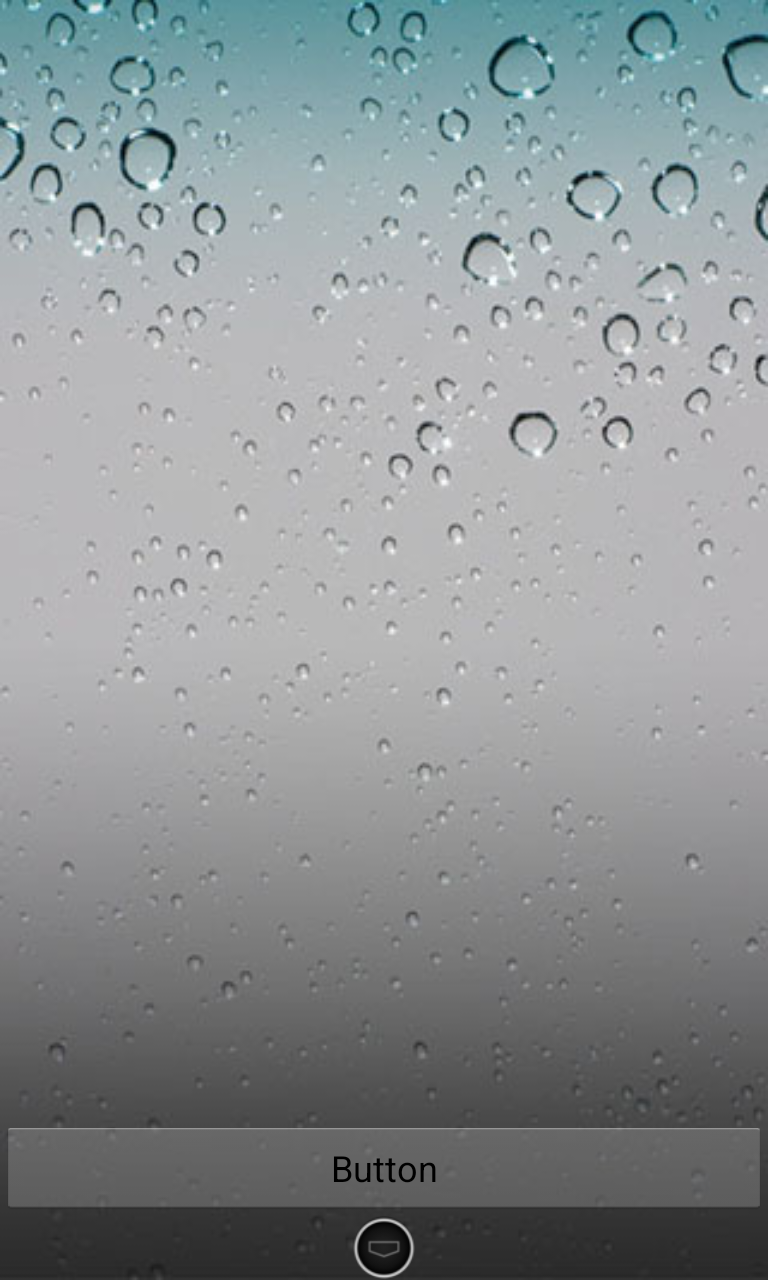
Repository: complexityclass/GosClient
Layout: Client/res/layout/activity_service.xml
These files come from the project's save history. The layout is drawn as it stood at one moment and after the next save; the edit follows.
It is drawn on a 768 x 1280 px phone screen (xhdpi) without system bars, with theme AppTheme; the app's code is not run. Lists and similar views that code fills are empty.

Above is the layout before, as saved 2013-04-23 11:46:18.

### Client/res/layout/activity_service.xml
<?xml version="1.0" encoding="utf-8"?>
<LinearLayout xmlns:android="http://schemas.android.com/apk/res/android"
    android:layout_width="fill_parent"
    android:layout_height="fill_parent"
    android:orientation="vertical" >

    <SlidingDrawer
        android:id="@+id/drawer"
        android:layout_width="fill_parent"
        android:layout_height="fill_parent"
        android:background="@drawable/kapli"
        android:content="@+id/content"
        android:handle="@+id/handle"
        android:rotation="0" >

        <LinearLayout
            android:id="@id/content"
            android:layout_width="fill_parent"
            android:layout_height="fill_parent"
            android:orientation="vertical"
            android:rotation="0" >

            <ExpandableListView
                android:id="@+id/exListView"
                android:layout_width="fill_parent"
                android:layout_height="wrap_content"
                android:background="@drawable/back"
                android:indicatorLeft="250dp"
                android:indicatorRight="300dp" />
        </LinearLayout>

        <LinearLayout
            android:id="@id/handle"
            android:layout_width="match_parent"
            android:layout_height="wrap_content"
            android:orientation="vertical"
            android:rotation="0" >

            <Button
                android:id="@+id/button1"
                android:layout_width="match_parent"
                android:layout_height="wrap_content"
                android:text="Button" />

            <ImageView
                android:id="@+id/imageView23"
                android:layout_width="match_parent"
                android:layout_height="fill_parent"
                android:contentDescription="@string/Habarovsk"
                android:src="@drawable/upbutton" />

        </LinearLayout>
    </SlidingDrawer>

</LinearLayout>

### Client/res/values/strings.xml
<?xml version="1.0" encoding="utf-8"?>
<resources>

    <string name="app_name">Client</string>
    <string name="hello_world">Hello world!</string>
    <string name="menu_settings">Settings</string>
    <string name="title_activity_main">MainActivity</string>
    <string name="title_activity_about_us">About us</string>
    <string name="title_activity_news">News</string>
    <string name="title_activity_citizen_reg">Citizens</string>
    <string name="title_activity_agencies">Agencies</string>
    <string name="title_activity_areas_of">Areas</string>
    <string name="agencies_ru">Ведомства</string>
    <string name="about_project_ru">О проекте</string>
    <string name="areas_of_ru">Направления деятельности</string>
    <string name="news_ru">Новости</string>
    <string name="organizations_ru">Организациям</string>
    <string name="electronic_services_ru">Электронные услуги</string>
    <string name="life_situations_ru">Жизненные ситуации</string>
    <string name="information_ru">Информация</string>
    <string name="visitor_statistics_ru">Статистика посещений</string>
    <string name="search_news_ru">Поиск по новостям</string>
    <string name="citizens_ru">Гражданам</string>
    <string name="spots_treatment_ru">Места обращения</string>
    <string name="useful_links_ru">Полезные ссылки</string>
    <string name="universal_card_ru">Развитие универсальной электронной карты</string>
    <string name="faq_ru">Часто задаваемые вопросы</string>
    <string name="title_activity_test">TestActivity</string>
    <string name="title_activity_web_view">WebViewActivity</string>
    <string name="title_section3">Section 3</string>
    <string name="title_section2">Section 2</string>
    <string name="title_section1">Section 1</string>
    <string name="title_activity_swipe">SwipeActivity</string>
    <string name="title_activity_life_situations">LifeSituationsActivity</string>
    <string name="action_settings">Settings</string>
    <string name="label1">Tab 1</string>
    <string name="label2">Tab 2</string>
    <string name="label3">Tab 3</string>
    <string name="federational">Федеральные</string>
    <string name="munitipal">Муниципальные</string>
    <string name="regional">Региональные</string>
    <string name="title_activity_expandable_list_view_test">ExpandableListViewTest</string>
    <string name="title_activity_expandable_list">ExpandableListActivity</string>
    <string name="Habarovsk_Servise">Хабаровск Услуги</string>
    <string name="Habarovsk">Habarovsk</string>
    <string name="title_activity_service">ServiceActivity</string>
    <string name="title_activity_news_archive">NewsArchiveActivity</string>

</resources>

Loaded but not shown: Client/res/values-v11/styles.xml (common file); Client/res/values-v14/styles.xml (common file); Client/res/values/styles.xml (common file)

After the next save:
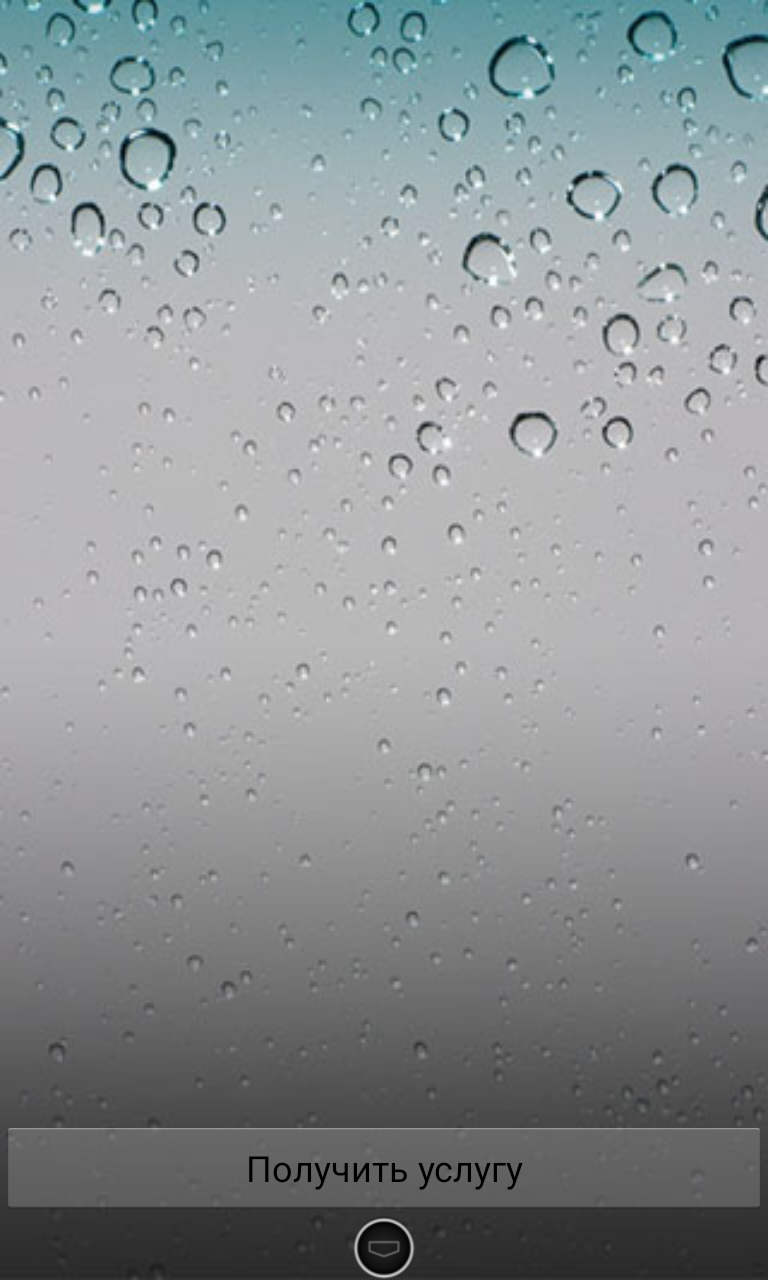
Saved 2 min 43 s later.
--- a/Client/res/layout/activity_service.xml
+++ b/Client/res/layout/activity_service.xml
@@ -40,7 +40,7 @@
                 android:id="@+id/button1"
                 android:layout_width="match_parent"
                 android:layout_height="wrap_content"
-                android:text="Button" />
+                android:text="Получить услугу" />
 
             <ImageView
                 android:id="@+id/imageView23"
